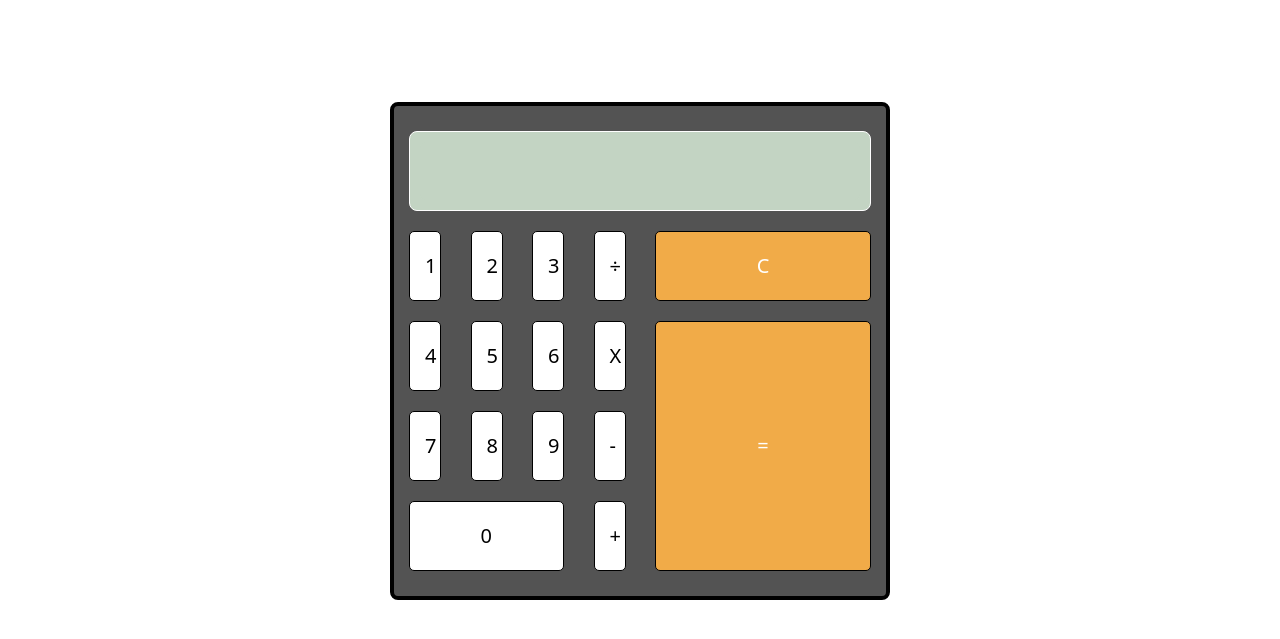
Repository: jsakdalan/CalculatorReactTypescript
Page: /
These files come from the project's save history. The page is drawn as it stood at one moment and after a run of saves; the edit follows.
The browser window is 1280 px wide. The pictures show the whole page.
The project was rebuilt for these pictures with package versions that can differ from the ones it lists, and the page was loaded fresh each time. Also part of the build but not shown: src/App.css.

Above is the page before, as saved 2022-06-07 17:36:10.

### src/App.tsx
import  Calculator from './pages/Calculator';
import './App.css';
import 'bootstrap/dist/css/bootstrap.min.css'

export default function App() {

  return(
    <Calculator/>
  )
}

### src/pages/Calculator.tsx
import React from 'react';
import Col from 'react-bootstrap/Col';
import Container from 'react-bootstrap/Container';
import Row from 'react-bootstrap/Row';
import Button from 'react-bootstrap/Button';
import InputGroup from 'react-bootstrap/InputGroup';
import FormControl from 'react-bootstrap/FormControl';
import './Calculator.css'

export default function TextEditor(){

    interface Screen{
        styling: string;
    }

    interface Buttons {
        styling: string;
        btnNumber: string;
    }

    const Screen = (props:Screen) => {
        return(
            <InputGroup size="lg" className={props.styling}>
                    <FormControl
      aria-label="Default"
      aria-describedby="inputGroup-sizing-default"
    />
            </InputGroup>
        )
    }

    const Buttons = (props:Buttons) => {
        return(
            <Button className={props.styling}>
                {props.btnNumber}
            </Button>
        )
    }

    return(
        <>
            <Container className="container">
                <Row>
                    <Col><Screen styling="screen"/></Col>
                </Row>
                <Row>
                    <Col>
                        <Row>
                            <Col md={12}>
                                <Row>
                                    <Col md={3}><Buttons styling="numerical" btnNumber="1"/></Col>
                                    <Col md={3}><Buttons styling="numerical" btnNumber="2"/></Col>
                                    <Col md={3}><Buttons styling="numerical" btnNumber="3"/></Col>
                                    <Col md={3}><Buttons styling="operational" btnNumber="&#247;"/></Col>
                                </Row>
                            </Col>
                            <Col md={12}>
                                <Row>
                                    <Col md={3}><Buttons styling="numerical" btnNumber="4"/></Col>
                                    <Col md={3}><Buttons styling="numerical" btnNumber="5"/></Col>
                                    <Col md={3}><Buttons styling="numerical" btnNumber="6"/></Col>
                                    <Col md={3}><Buttons styling="operational" btnNumber="X"/></Col>
                                </Row>
                            </Col>
                            <Col md={12}>
                                <Row>
                                    <Col md={3}><Buttons styling="numerical" btnNumber="7"/></Col>
                                    <Col md={3}><Buttons styling="numerical" btnNumber="8"/></Col>
                                    <Col md={3}><Buttons styling="numerical" btnNumber="9"/></Col>
                                    <Col md={3}><Buttons styling="operational" btnNumber="-"/></Col>
                                </Row>
                            </Col>
                            <Col md={12}>
                                <Row>
                                    <Col md={9}><Buttons styling="numerical" btnNumber="0"/></Col>
                                    <Col md={3}><Buttons styling="numerical" btnNumber="+"/></Col>
                                </Row>
                            </Col>
                        </Row>
                    </Col>
                    <Col>
                        <Row>
                            <Col>
                                <Row>
                                    <Col md={12}><Buttons styling="erase" btnNumber="C"/></Col>
                                    <Col md={12}><Buttons styling="equals" btnNumber="="/></Col>
                                </Row>
                            </Col>
                        </Row>
                    </Col>
                </Row>
            </Container>
        </>
    )
}

### src/pages/Calculator.css
*{
    font-weight: bold;
    font-size: 20px;
    text-align: center;
}

.container{
    margin-top:8%;
    max-width: 500px!important;
    width: 400px;
    display: flex;
    flex-direction: column;
    border: 4px solid black;
    padding: 15px!important;
    border-radius: 8px;
    background-color: #535353;
}

.screen{
    width: 100%;
    padding: 10px;
    margin: 10px 0px 10px 0px;
    background-color: #c3d4c3;
    border-radius: 8px;
    border: 0.5px solid white;
}

.input-group>.form-control{
    position: relative;
    flex: 1 1 auto;
    width: 1%;
    background-color: #c3d4c3;
    min-width: 0;
    border: none;
}

.btn-primary{
    border:0.5px solid black!important;
}

.numerical{
    background-color: #ffffff!important;
    height: 70px;
    color: black!important;
    width: 100%;
    padding: 10px;
    margin: 10px 0px 10px 0px;
    background-color: #eeeeee;
}

.operational{
    background-color: #ffffff!important;
    height: 70px;
    color: black!important;
    width: 100%;
    padding: 10px;
    margin: 10px 0px 10px 0px;
}

.equals{
    background-color: #f1ab48!important;
    height: 250px;
    width: 100%;
    padding: 10px;
    margin: 10px 0px 10px 0px;
}

.erase{
    background-color: #f1ab48!important;
    height: 70px;
    width: 100%;
    padding: 10px;
    margin: 10px 0px 10px 0px;
}

Loaded but not shown: public/index.html (common file); src/index.tsx (common file); src/index.css (common file); src/reportWebVitals.ts (common file)

After the next 3 saves:
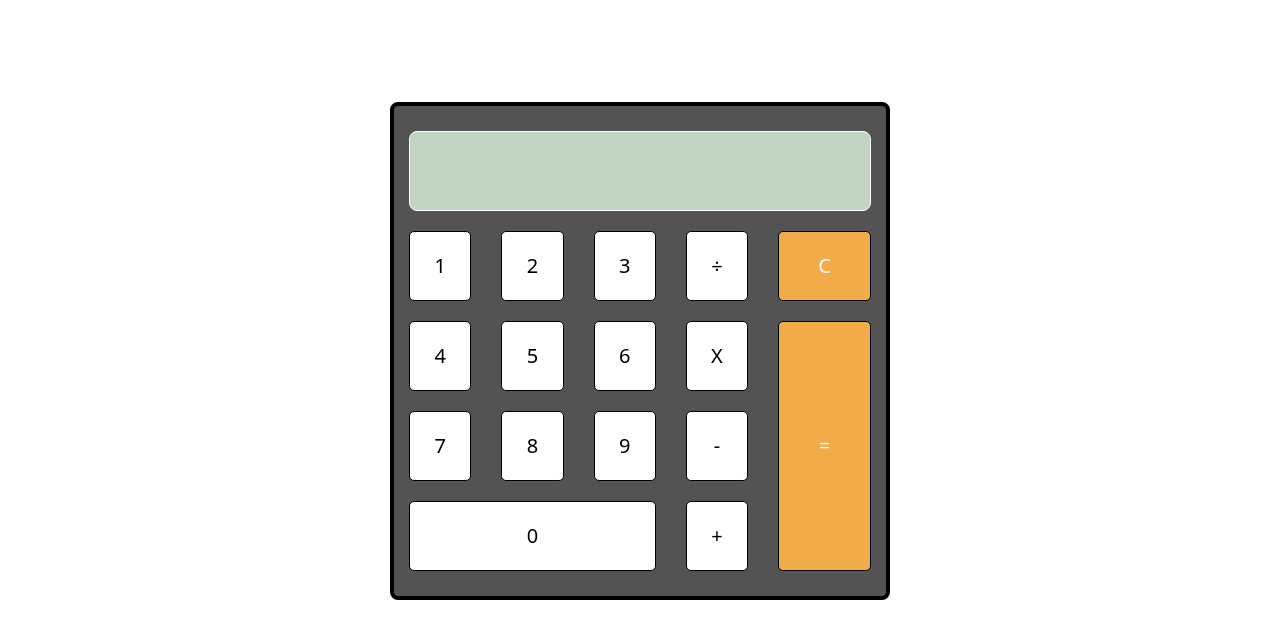
The 3 saves are shown as one change because they came seconds apart.
The last was saved 15 s later.
--- a/src/pages/Calculator.tsx
+++ b/src/pages/Calculator.tsx
@@ -44,7 +44,7 @@ export default function TextEditor(){
                     <Col><Screen styling="screen"/></Col>
                 </Row>
                 <Row>
-                    <Col>
+                    <Col md={9}>
                         <Row>
                             <Col md={12}>
                                 <Row>
